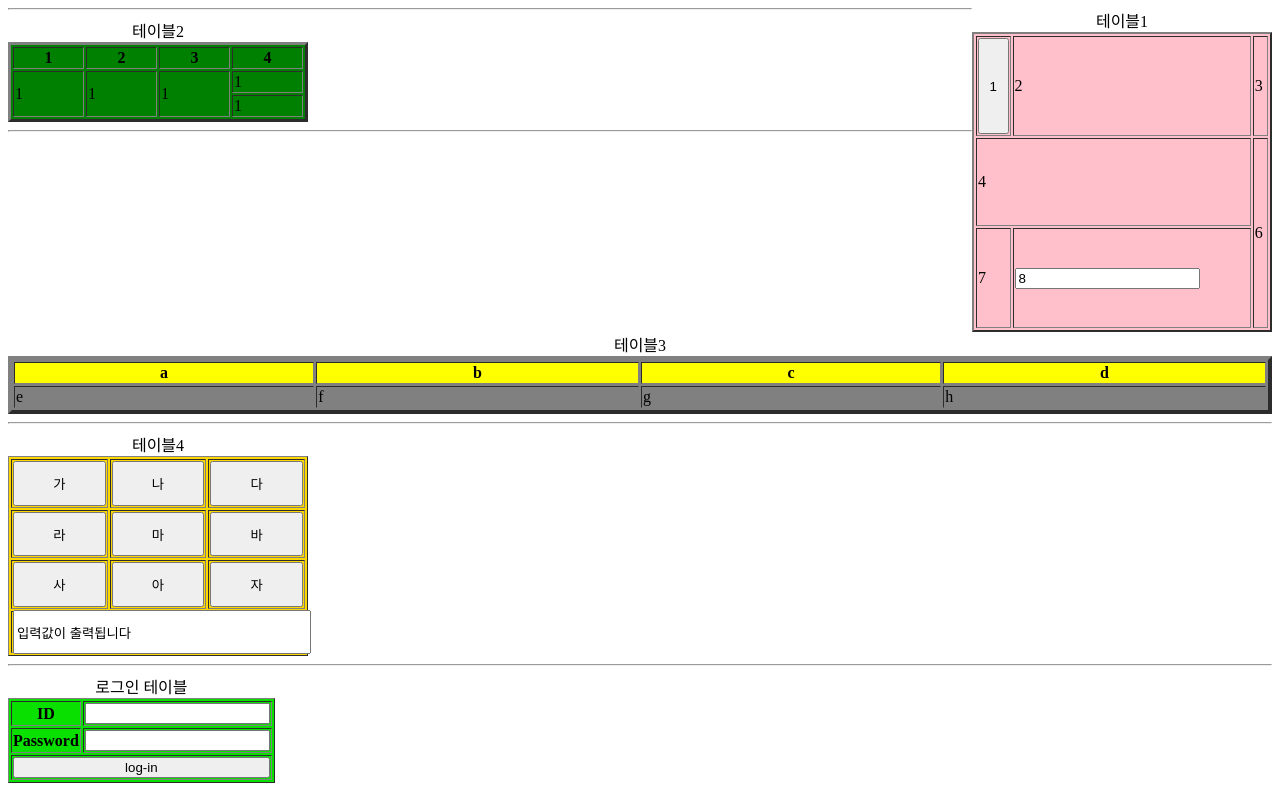
Repository: trapezer84/JSP
Page: http://localhost/AB_WebCalc/listTest1.jsp
These files come from the project's save history. The page is drawn as it stood at one moment and after the next save; the edit follows.
The browser window is 1280 px wide. The pictures show the whole page.
The page is served by Tomcat 9.

Above is the page before, as saved 2016-02-03 00:29:02.

After the next save:
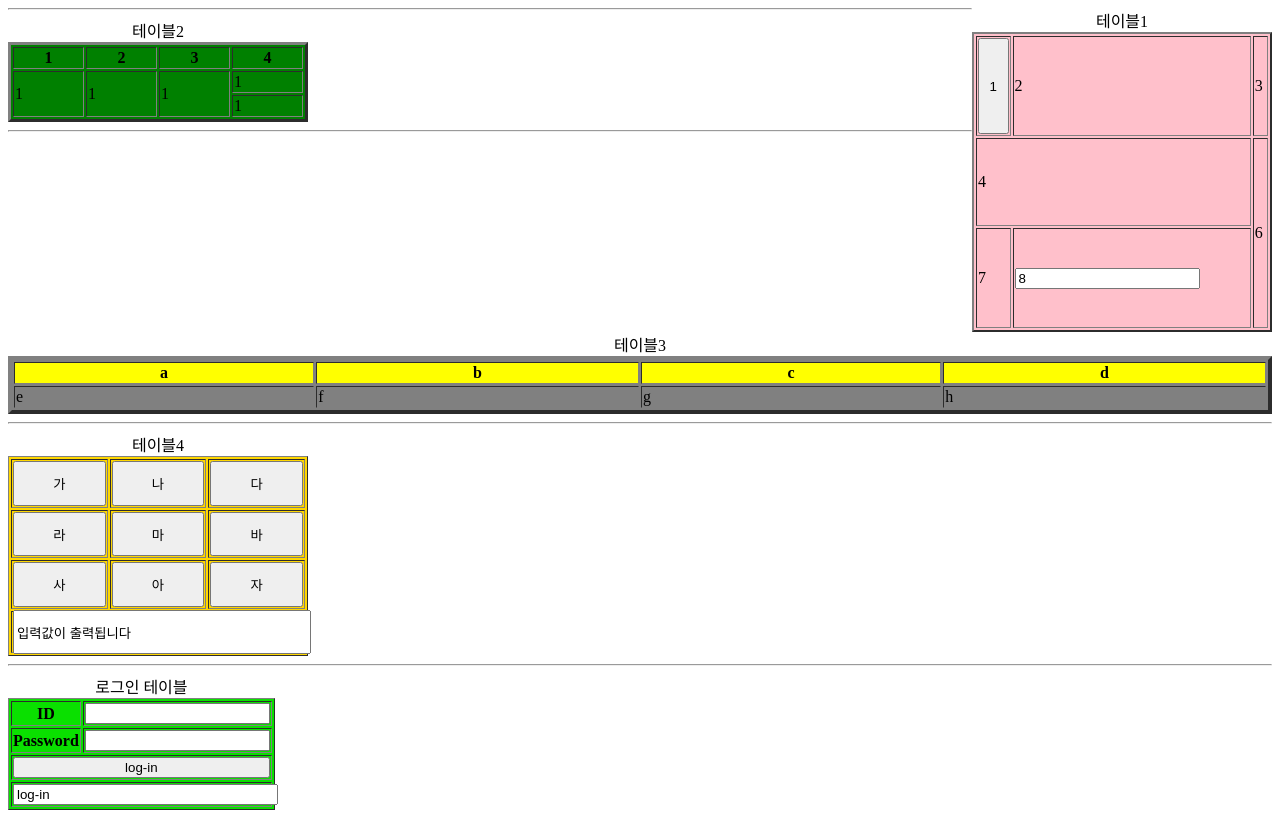
Saved 29 s later.
--- a/AB_WebCalc/WebContent/listTest1.jsp
+++ b/AB_WebCalc/WebContent/listTest1.jsp
@@ -124,6 +124,9 @@
 			<td colspan="2"><input type="button" id="login" value="log-in" style="width:100%; height:70"/></td>
 		</tr>
 
+		<tr>
+			<td colspan="2"><input type="text" id="loginDisplay" value="log-in" style="width:100%; height:70"/></td>
+		</tr>
 	</table>
 
 
